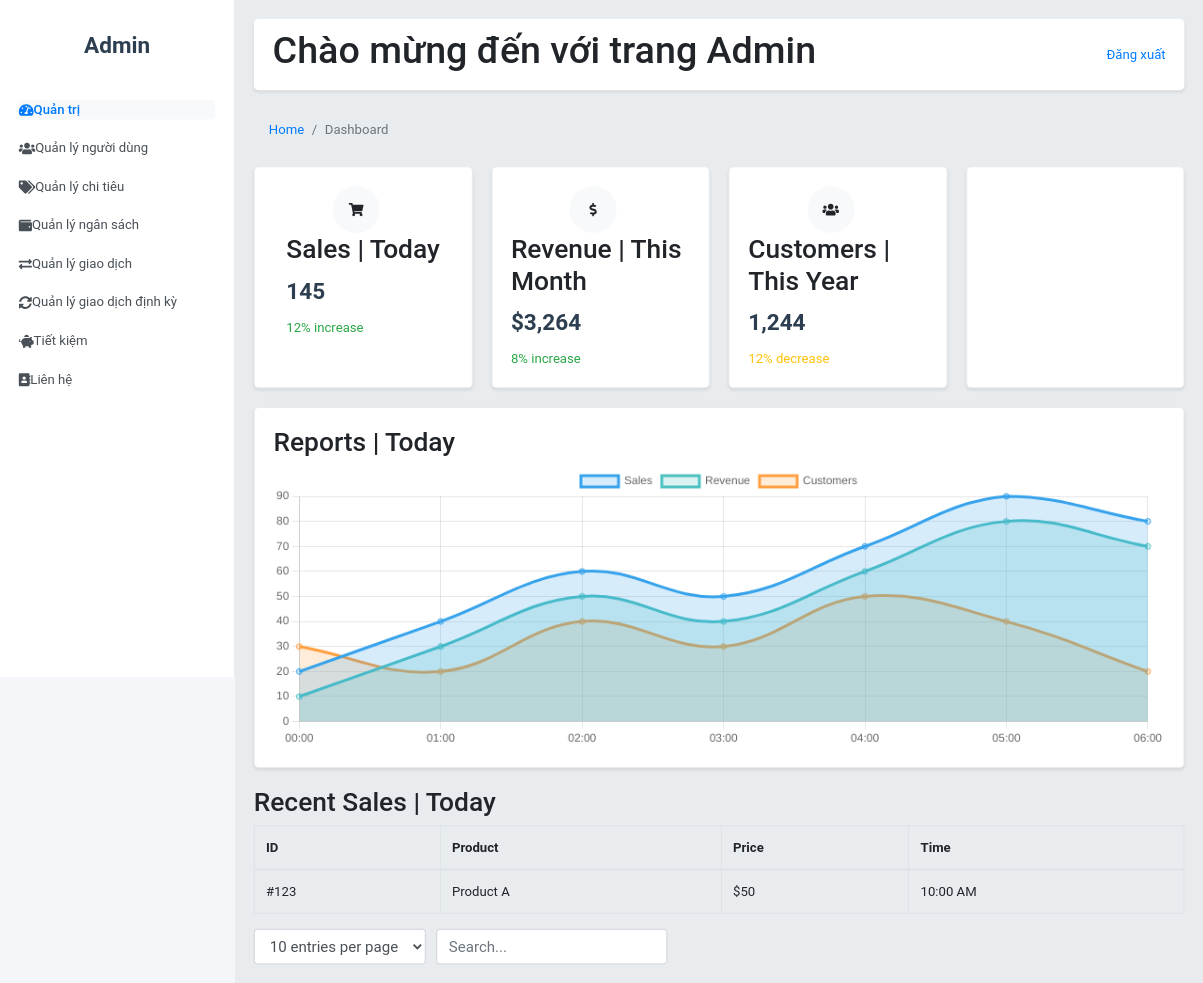
Repository: PhanVanHoa051204/Project3
Page: http://localhost/Project3/dashboard.jsp
An editor plug-in stored every save of this project. The page is shown before and after the next save, followed by the edit.
The browser window is 1280 px wide. The pictures show the whole page, at 94% of full size.
The page is served by Tomcat 9.

Above is the page before, as saved 2025-03-14 18:43:12.
Console error: TypeError: Cannot read properties of null (reading 'getContext')

After the next save:
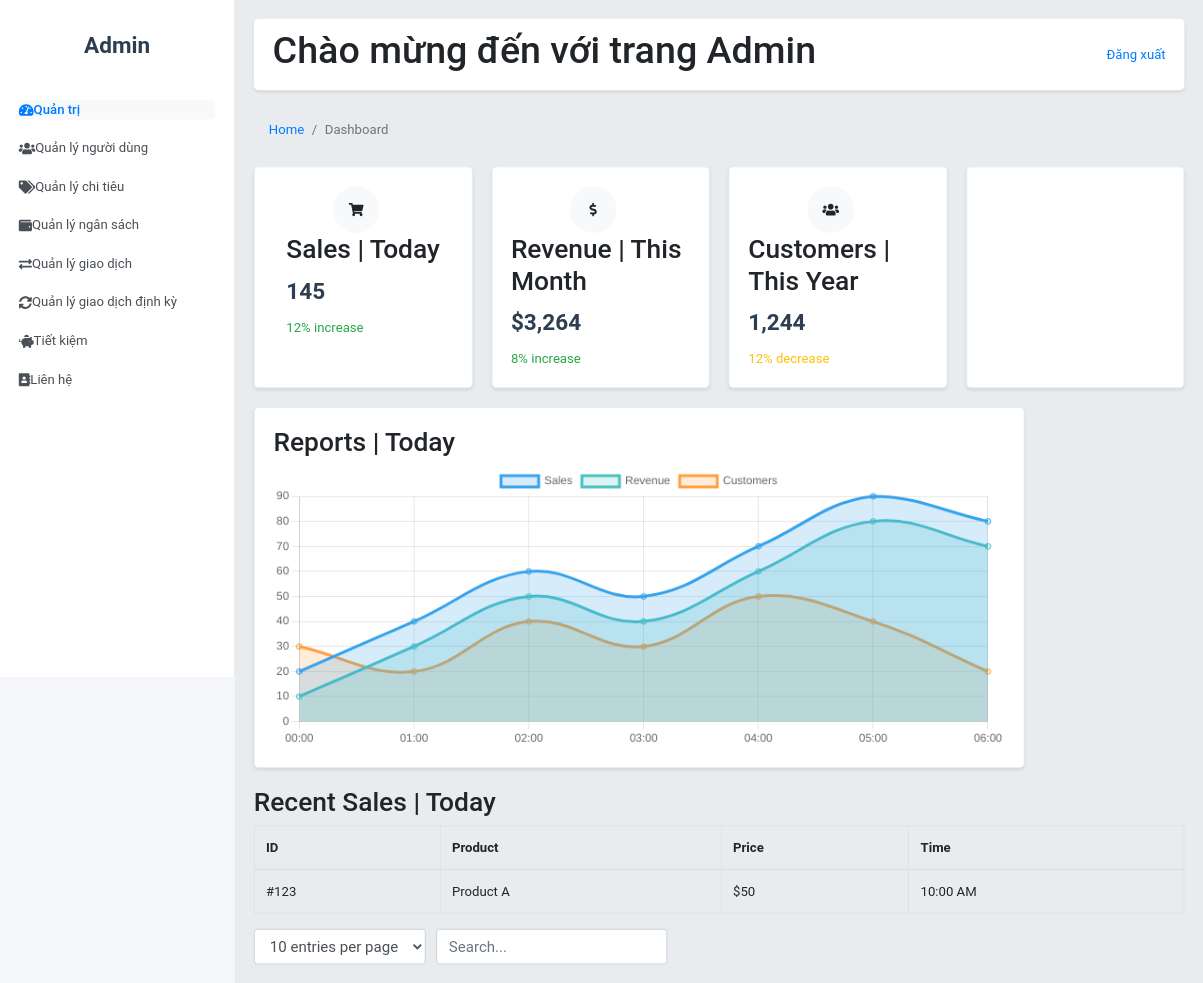
Saved 11 s later.
--- a/PhanVanHoa_2210900023_K22CNT1/Project3/src/main/webapp/dashboard.jsp
+++ b/PhanVanHoa_2210900023_K22CNT1/Project3/src/main/webapp/dashboard.jsp
@@ -117,7 +117,7 @@
 					</div>
 
 					<div class="row">
-						<div class="col-md-12">
+						<div class="col-md-10">
 							<div class="chart-section">
 								<h3>Reports | Today</h3>
 								<canvas id="reportsChart"></canvas>
